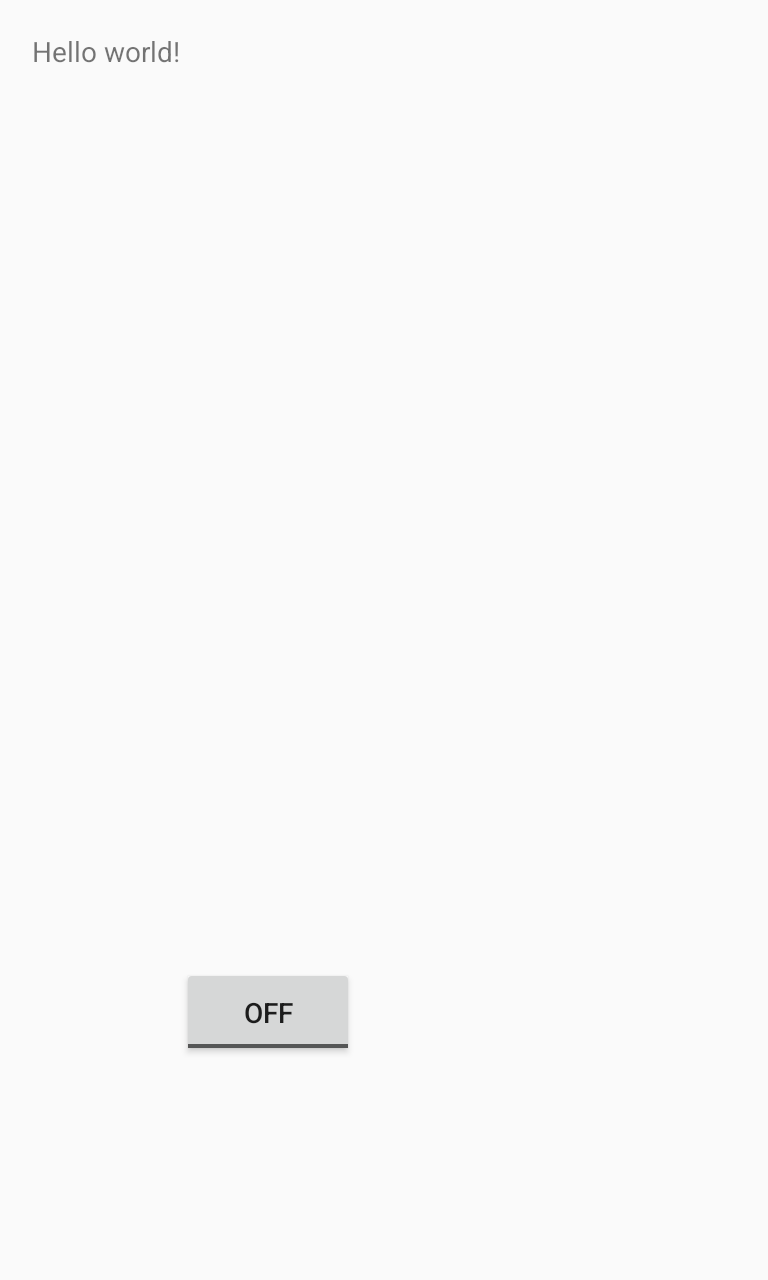
Repository: mackhagen/Dr.MetronomeMD
Layout: DrMetronomeMD/res/layout/fragment_main.xml
The author's editor kept a copy of each file at every save. The layout is drawn from the files as they stood at one save, then again after the next save.
It is drawn on a 768 x 1280 px phone screen (xhdpi) without system bars, with theme AppTheme; the app's code is not run.

Above is the layout before, as saved 2014-05-11 00:10:59.

### DrMetronomeMD/res/layout/fragment_main.xml
<RelativeLayout xmlns:android="http://schemas.android.com/apk/res/android"
    xmlns:tools="http://schemas.android.com/tools"
    android:layout_width="match_parent"
    android:layout_height="match_parent"
    android:paddingBottom="@dimen/activity_vertical_margin"
    android:paddingLeft="@dimen/activity_horizontal_margin"
    android:paddingRight="@dimen/activity_horizontal_margin"
    android:paddingTop="@dimen/activity_vertical_margin"
    tools:context="com.mack.drmetronomemd.MainActivity$PlaceholderFragment" >

    <TextView
        android:id="@+id/textView1"
        android:layout_width="wrap_content"
        android:layout_height="wrap_content"
        android:text="@string/hello_world" />

    <ToggleButton
        android:id="@+id/metronometoggle"
        android:layout_width="wrap_content"
        android:layout_height="wrap_content"
        android:layout_alignParentBottom="true"
        android:layout_marginBottom="94dp"
        android:layout_toRightOf="@+id/textView1"
        android:textOn="@android:string/capital_on" />

</RelativeLayout>

### DrMetronomeMD/res/values/strings.xml
<?xml version="1.0" encoding="utf-8"?>
<resources>

    <string name="app_name">Dr. Metronome, MD</string>
    <string name="hello_world">Hello world!</string>
    <string name="action_settings">Settings</string>

</resources>

Loaded but not shown: DrMetronomeMD/res/values/styles.xml (common file); DrMetronomeMD/res/values-v11/styles.xml (common file); DrMetronomeMD/res/values-v14/styles.xml (common file); DrMetronomeMD/res/values/dimens.xml (common file); DrMetronomeMD/res/values-w820dp/dimens.xml (common file)

After the next save:
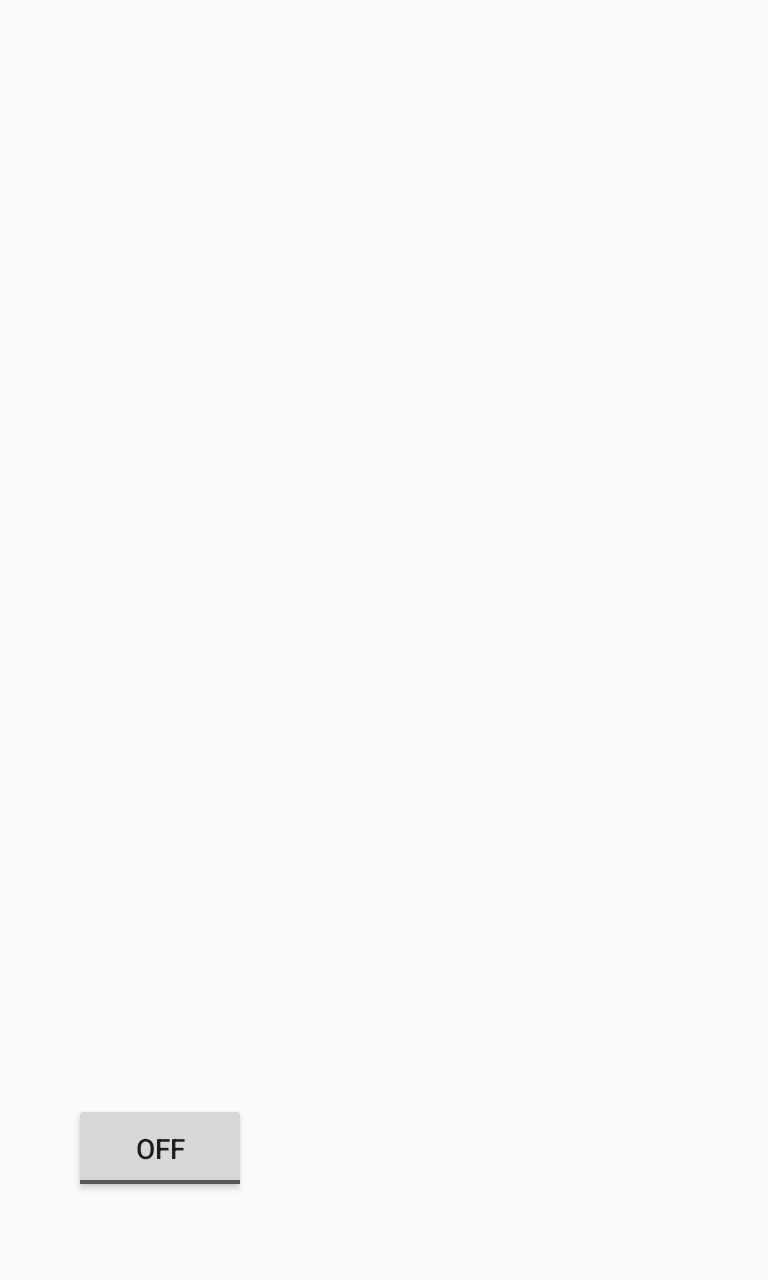
Saved 2 h 2 min later.
--- a/DrMetronomeMD/res/layout/fragment_main.xml
+++ b/DrMetronomeMD/res/layout/fragment_main.xml
@@ -8,19 +8,14 @@
     android:paddingTop="@dimen/activity_vertical_margin"
     tools:context="com.mack.drmetronomemd.MainActivity$PlaceholderFragment" >
 
-    <TextView
-        android:id="@+id/textView1"
-        android:layout_width="wrap_content"
-        android:layout_height="wrap_content"
-        android:text="@string/hello_world" />
-
     <ToggleButton
         android:id="@+id/metronometoggle"
         android:layout_width="wrap_content"
         android:layout_height="wrap_content"
         android:layout_alignParentBottom="true"
-        android:layout_marginBottom="94dp"
-        android:layout_toRightOf="@+id/textView1"
+        android:layout_alignParentLeft="true"
+        android:layout_marginBottom="26dp"
+        android:layout_marginLeft="20dp"
         android:textOn="@android:string/capital_on" />
 
 </RelativeLayout>
